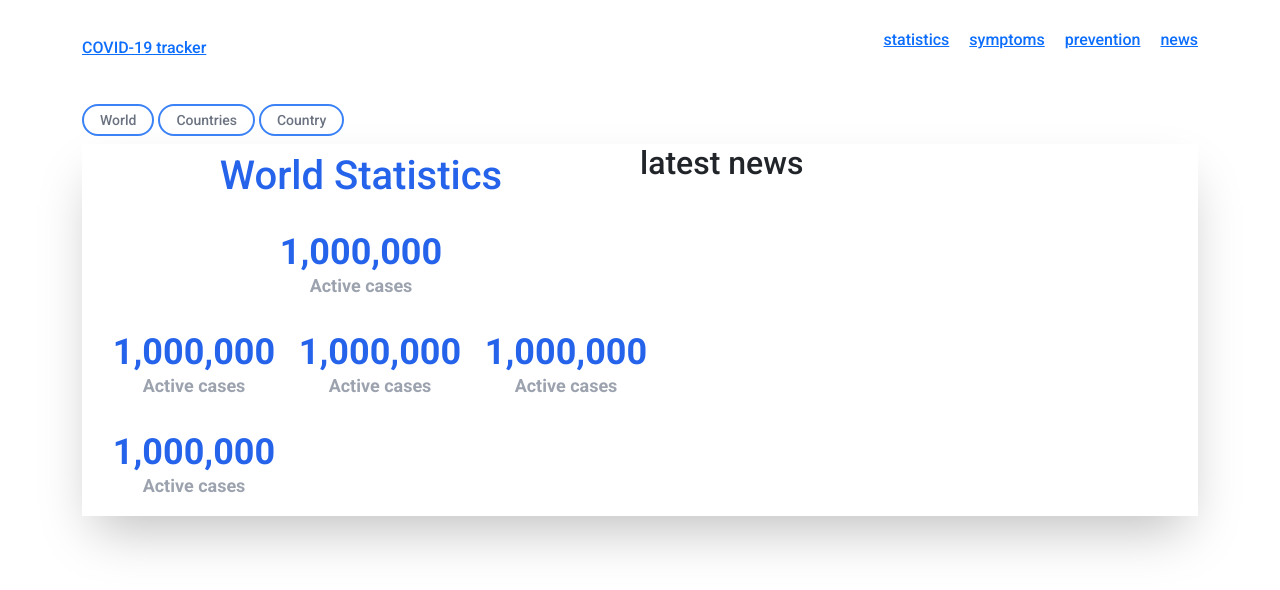
Repository: latenightsnacc/covid-19tracker
Page: design/index.html
An editor plug-in stored every save of this project. The page is shown before and after the next save, followed by the edit.
The browser window is 1280 px wide. The pictures show the whole page.
Some web libraries are served in a nearby version.

Above is the page before, as saved 2021-07-22 16:39:54.

### design/index.html
<!DOCTYPE html>
<html lang="en">
<head>
    <meta charset="UTF-8">
    <meta http-equiv="X-UA-Compatible" content="IE=edge">
    <meta name="viewport" content="width=device-width, initial-scale=1.0">
    <!--Tailwind Css-->
    <link href="https://unpkg.com/tailwindcss@^2/dist/tailwind.min.css" rel="stylesheet">
    <!--Bootstrap CSS-->
    <link href="https://cdn.jsdelivr.net/npm/bootstrap@5.0.0-beta3/dist/css/bootstrap.min.css" rel="stylesheet" integrity="sha384-eOJMYsd53ii+scO/bJGFsiCZc+5NDVN2yr8+0RDqr0Ql0h+rP48ckxlpbzKgwra6" crossorigin="anonymous">
    <!--Font Awesome 5 CDN-->
    <link href="https://cdnjs.cloudflare.com/ajax/libs/font-awesome/5.13.0/css/all.min.css" rel="stylesheet">
    <!--Roboto: Google Font-->
    <link rel="preconnect" href="https://fonts.googleapis.com">
<link rel="preconnect" href="https://fonts.gstatic.com" crossorigin>
<link href="https://fonts.googleapis.com/css2?family=Roboto:wght@300;500;700&display=swap" rel="stylesheet">
    <title>COVID-19 Tracker</title>
    <style>
        * {
            font-family: 'Roboto', sans-serif;
        }
        #coco {

            fill: rgb(1, 1, 58);
            stroke: rgb(95, 4, 80);
            stroke-width: 5px;
            animation: virus-spin infinite 20s linear;

        }

        @keyframes virus-spin {
            from {
                /* transform: rotate(0deg); */
                transform: rotateZ(0deg);
            }
            to {
                transform: rotateZ(-360deg);
            }
        }

    </style>
</head>
<body>
    <main class="m-auto">
        <!--Navigation Component-->
        <div class="container">
            <nav class="flex justify-between w-100 items-center h-24">
                <a href="index.html">
                    <div>COVID-19 tracker</div>
                </a>
                <ul class="flex">
                    <li>
                        <a href="">statistics</a>
                    </li>
                    <li class="ml-5">
                        <a href="">symptoms</a>
                    </li>
                    <li class="ml-5">
                        <a href="">prevention</a>
                    </li>
                    <li class="ml-5">
                        <a href="">news</a>
                    </li>
                </ul>
            </nav>
        </div>

        <div class="container">
            <div class="tags py-2">
                <button class="border-2 border-blue-500 px-3 py-1 rounded-2xl text-gray-500 hover:bg-blue-500 hover:text-white text-mute text-sm capitalize">world</button>
                <button class="border-2 border-blue-500 px-3 py-1 rounded-2xl text-gray-500 hover:bg-blue-500 hover:text-white text-mute text-sm capitalize">countries</button>
                <button class="border-2 border-blue-500 px-3 py-1 rounded-2xl text-gray-500 hover:bg-blue-500 hover:text-white text-mute text-sm capitalize">country</button>
            </div>
            <div class="flex flex-col md:flex-row  shadow-2xl">

                <div class="w-100 md:w-1/2">
                    <h1 class="text-blue-600 text-center py-2">World Statistics</h1>
                    <div class="stats">
                        <div class="w-56 flex flex-col items-center justify-center p-3 m-auto">
                            <span class="text-4xl text-blue-600 font-bold">1,000,000</span>
                            <span class="text-lg text-gray-400 font-bold">Active cases</span>
                        </div>
                        <div class="grid grid-rows-auto grid-cols-3">
                            <div class="w-56 flex flex-col items-center justify-center p-3">
                                <span class="text-4xl text-blue-600 font-bold">1,000,000</span>
                                <span class="text-lg text-gray-400 font-bold">Active cases</span>
                            </div>
                            <div class="w-56 flex flex-col items-center justify-center p-3">
                                <span class="text-4xl text-blue-600 font-bold">1,000,000</span>
                                <span class="text-lg text-gray-400 font-bold">Active cases</span>
                            </div>
                            <div class="w-56 flex flex-col items-center justify-center p-3">
                                <span class="text-4xl text-blue-600 font-bold">1,000,000</span>
                                <span class="text-lg text-gray-400 font-bold">Active cases</span>
                            </div>
                            <div class="w-56 flex flex-col items-center justify-center p-3">
                                <span class="text-4xl text-blue-600 font-bold">1,000,000</span>
                                <span class="text-lg text-gray-400 font-bold">Active cases</span>
                            </div>
                        </div>

                    </div>

                </div>
                <div class="w-100 md:w-1/2">
                    <h2>latest news</h2>

                </div>

            </div>
        </div>
    </main>
</body>
</html>

After the next save:
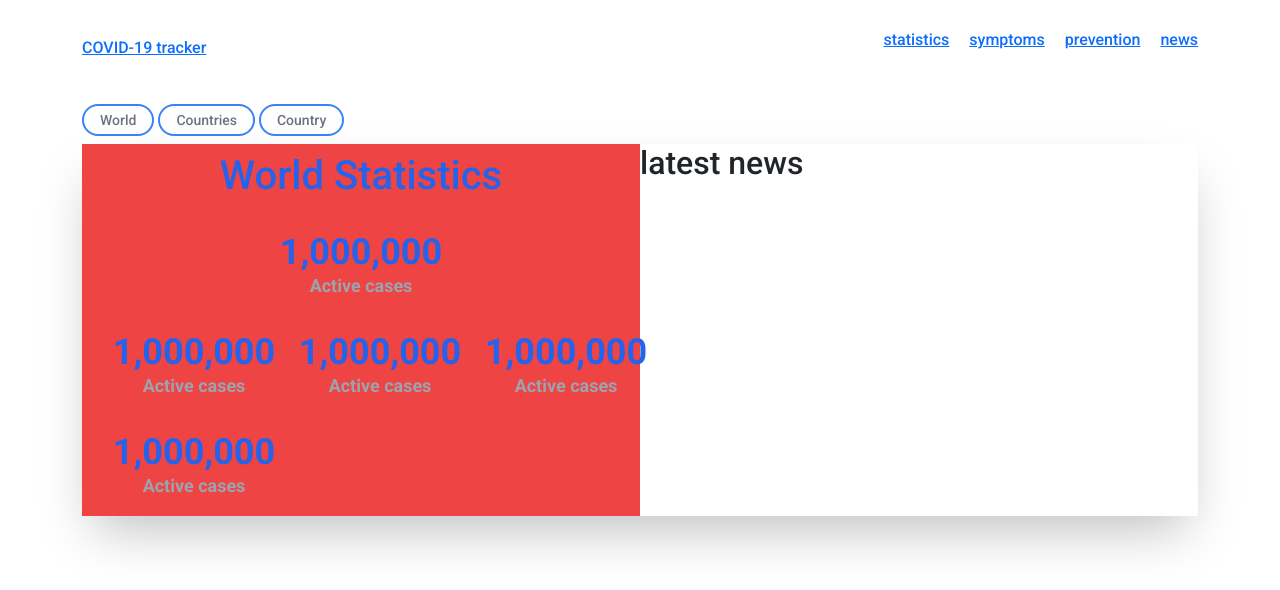
Saved 17 s later.
--- a/design/index.html
+++ b/design/index.html
@@ -73,7 +73,7 @@
             </div>
             <div class="flex flex-col md:flex-row  shadow-2xl">
 
-                <div class="w-100 md:w-1/2">
+                <div class="w-100 md:w-1/2 bg-red-500">
                     <h1 class="text-blue-600 text-center py-2">World Statistics</h1>
                     <div class="stats">
                         <div class="w-56 flex flex-col items-center justify-center p-3 m-auto">
